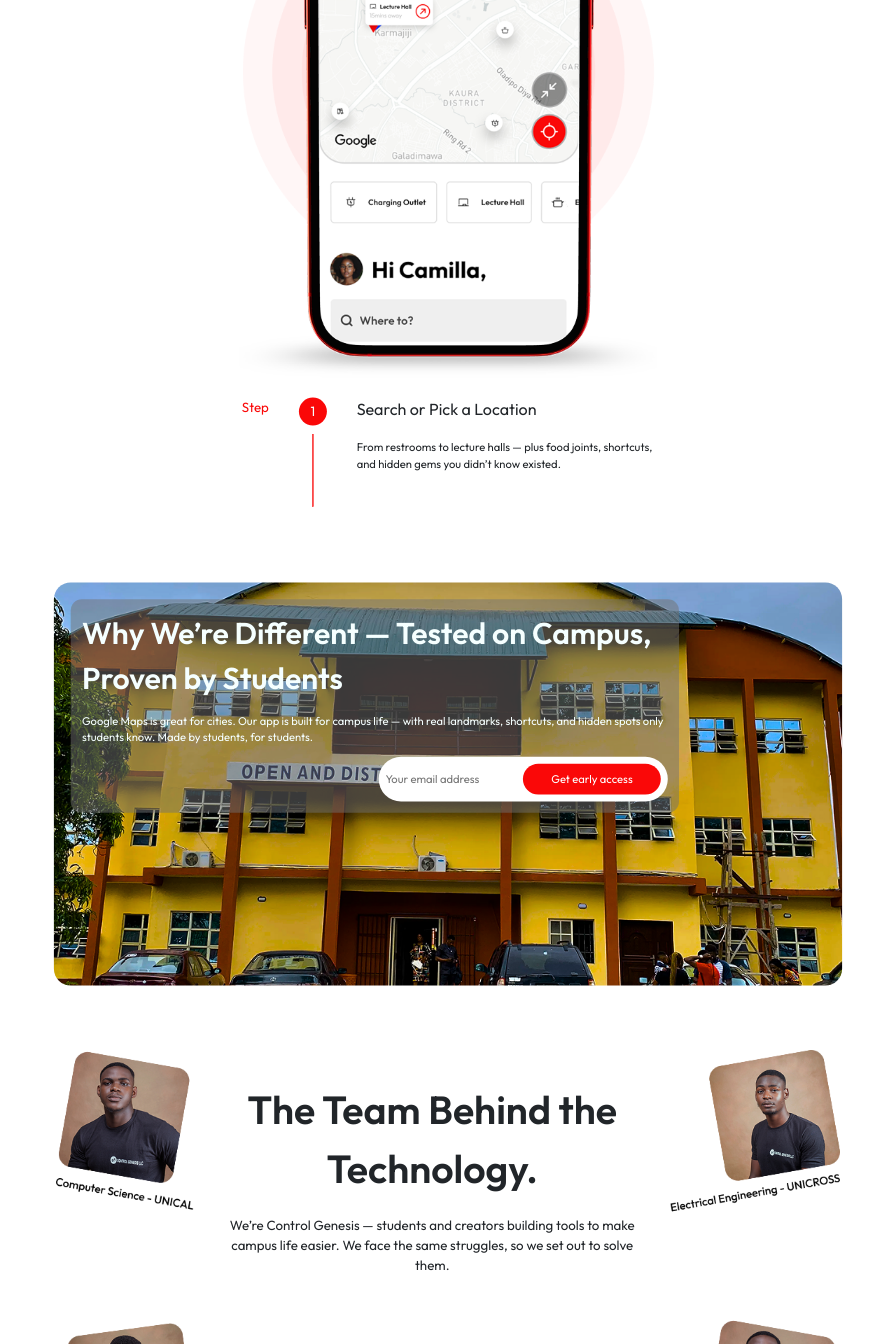
Repository: SahMenz/MUM-website
Page: /
An editor plug-in stored every save of this project. The page is shown before and after the next save, followed by the edit.
The browser window is 1280 px wide. The pictures show the part of the page from y = 4580 to 6500 px (the page is 7964 px tall before and 7914 px after), at 70% of full size.
The project was rebuilt for these pictures with package versions that can differ from the ones it lists, and the page was loaded fresh each time. Also part of the build but not shown: vite.config.js.

Above is the page before, as saved 2025-09-03 01:16:14.

### index.html
<!DOCTYPE html>
<html lang="en">
  <head>
    <meta charset="UTF-8" />
    <link rel="icon" type="image/svg+xml" href="/vite.svg" />
    <link rel="preconnect" href="https://fonts.googleapis.com" />
    <link rel="preconnect" href="https://fonts.gstatic.com" crossorigin />
    <link
      href="https://fonts.googleapis.com/css2?family=Outfit:wght@100..900&display=swap"
      rel="stylesheet"
    />
    <link
      rel="stylesheet"
      href="https://cdn.jsdelivr.net/npm/bootstrap@5.3.5/dist/css/bootstrap.min.css"
      integrity="sha384-SgOJa3DmI69IUzQ2PVdRZhwQ+dy64/BUtbMJw1MZ8t5HZApcHrRKUc4W0kG879m7"
      crossorigin="anonymous"
    />
    <meta name="viewport" content="width=device-width, initial-scale=1.0" />
    <title>MUM</title>
  </head>
  <body>
    <div id="root"></div>
    <script type="module" src="/src/main.jsx"></script>
  </body>
</html>

### src/index.css
*,
*::after,
*::before {
  box-sizing: border-box;
  margin: 0px;
  padding: 0px;
  font-family: "Outfit", sans-serif;
}
button {
  border: none;
}

### src/App.jsx
import { HashRouter, Route, Routes } from "react-router-dom";
import "./App.css";
import ScrollToTop from "./components/scroll/ScrollToTop";
import Home from "./components/home/home";

function App() {
  return (
    <div>
      <HashRouter>
        <ScrollToTop />
        <Routes>
          <Route path="/" element={<Home />} />
        </Routes>
      </HashRouter>
    </div>
  );
}

export default App;

### src/App.css
/* BACKGROUND */
.bg-ff4 {
  background-color: #fff4f4;
}
.bg-ff {
  background-color: #ffffff;
}
.bg-ffb {
  background-color: #fffbfbcc;
}
.bg-00 {
  background-color: #000000;
}
.bg-fa {
  background-color: #fa0808;
}
.bg-e4 {
  background-color: #e4e4e4;
}
.bg-d3 {
  background-color: #d3d3d3;
}
.bg-ffd {
  background-color: #ffdede;
}
.bg-trans {
  background-color: transparent;
}

/* TEXT COLOR */
.txt-00 {
  color: #000000;
}
.txt-ff {
  color: #ffffff;
}
.txt-fa {
  color: #fa0808;
}
.txt-f8 {
  color: #f8edd9;
}
.txt-f5 {
  color: #f5ffff;
}
.txt-14 {
  color: #141416;
}
.txt-73 {
  color: #737373;
}

/* FONT WEIGHT */
.fw-100 {
  font-weight: 100;
}
.fw-200 {
  font-weight: 200;
}
.fw-300 {
  font-weight: 300;
}
.fw-400 {
  font-weight: 400;
}
.fw-500 {
  font: weight 500;
}
.fw-600 {
  font-weight: 600;
}
.fw-700 {
  font-weight: 700;
}
.fw-800 {
  font-weight: 800;
}
.fw-900 {
  font-weight: 900;
}

/* FONT SIZE */
.fs-48 {
  font-size: 26px;
}
.fs-19 {
  font-size: 14px;
}
.fs-13 {
  font-size: 11px;
}
.fs-16 {
  font-size: 12px;
}
.fs-23 {
  font-size: 15px;
}
.fs-25 {
  font-size: 20px;
}
.fs-45 {
  font-size: 25px;
}
.fs-32 {
  font-size: 13px;
}
.fs-11 {
  font-size: 11px;
}
.fs-72 {
  font-size: 29px;
}
.fs-83 {
  font-size: 31px;
}
.fs-56 {
  font-size: 21px;
}
.fs-63 {
  font-size: 25px;
}
@media (min-width: 768px) {
  .fs-48 {
    font-size: 48px;
  }
  .fs-19 {
    font-size: 19px;
  }
  .fs-13 {
    font-size: 13px;
  }
  .fs-16 {
    font-size: 16px;
  }
  .fs-23 {
    font-size: 23px;
  }
  .fs-25 {
    font-size: 25px;
  }
  .fs-43 {
    font-size: 43px;
  }
  .fs-32 {
    font-size: 32px;
  }
  .fs-11 {
    font-size: 11px;
  }
  .fs-72 {
    font-size: 72px;
  }
  .fs-63 {
    font-size: 63px;
  }
  .fs-83 {
    font-size: 83px;
  }
  .fs-56 {
    font-size: 56px;
  }
}

/* EXTRA */

.alignSelfCenter {
  align-self: center;
}
.alignSelfStart {
  align-self: start;
}
.alignSelfEnd {
  align-self: end;
}
.spacing-50 {
  padding: 30px 77px;
}
.cursor {
  cursor: pointer;
}
@media (max-width: 768px) {
  .spacing-50 {
    padding: 25px 20px;
  }
}

### src/components/scroll/ScrollToTop.jsx
import { useEffect } from "react";
import { useLocation } from "react-router-dom";


export default function ScrollToTop({ evtToChange }){

    const pathname = useLocation().pathname

    useEffect(() => {
        window.scrollTo(0, 0)
    }, [pathname, evtToChange])

    return <div />
}

### src/components/home/home.jsx
import { useRef } from "react";
import About from "../about/about";
import Hero from "../hero/hero";
import Features from "../features/features";
import HowItWorks from "../howItWorks/howItWorks";
import Faqs from "../faqs/faqs";
import Navigation from "../navigation/navigation";
import Footer from "../footer/footer";
import Team from "../team/team";

function Home() {
  const refHome = useRef(null);
  const refAbout = useRef(null);
  const refFeatures = useRef(null);
  const refHowItWork = useRef(null);
  const refFaqs = useRef(null);

  const handleHomeClick = () => {
    if (refHome.current) {
      refHome.current.scrollIntoView();
    }
  };
  const handleAboutClick = () => {
    if (refAbout.current) {
      refAbout.current.scrollIntoView();
    }
  };
  const handleFeaturesClick = () => {
    if (refFeatures.current) {
      refFeatures.current.scrollIntoView();
    }
  };
  const handleHowItWorkClick = () => {
    if (refHowItWork.current) {
      refHowItWork.current.scrollIntoView();
    }
  };
  const handleFaqsClick = () => {
    if (refFaqs.current) {
      refFaqs.current.scrollIntoView();
    }
  };

  return (
    <div className="">
      <Navigation
        onHomeClick={handleHomeClick}
        onAboutClick={handleAboutClick}
        onFeaturesClick={handleFeaturesClick}
        onHowItWorkClick={handleHowItWorkClick}
        onFaqsClick={handleFaqsClick}
      />
      <div ref={refHome}>
        <Hero />
      </div>
      <div ref={refAbout}>
        <About />
      </div>
      <div ref={refFeatures}>
        <Features />
      </div>
      <div ref={refHowItWork}>
        <HowItWorks />
      </div>
      <div>
        <Team />
      </div>
      <div ref={refFaqs}>
        <Faqs />
      </div>
      <div>
        <Footer />
      </div>
    </div>
  );
}

export default Home;

### src/components/about/about.jsx
import forFreshers from "../../assets/images/forFreshers.png";
import forReturningStudent from "../../assets/images/forReturningStudent.png";
import forVisitors from "../../assets/images/forVisitors.png";
import yourCampus from "../../assets/images/yourCampus.png";

function About() {
  return (
    <div className="spacing-50 mt-4 d-flex flex-column align-items-center">
      <div className="text-center" style={{ maxWidth: "569px" }}>
        <div className="fs-32 fw-600">We Know the Struggle</div>
        <div className="fs-16 fw-400">
          Not knowing where an office, lecture hall, or restroom is can be
          frustrating — from losing the best seats in class to trekking across
          campus just to find the one restroom you know.
        </div>
      </div>
      <div className="d-flex gap-3 gap-lg-5 mt-5">
        <div>
          <img src={forFreshers} style={{ width: "100%" }} />
        </div>
        <div className="d-flex gap-3 gap-lg-5 flex-column">
          <div>
            <img src={forReturningStudent} style={{ width: "100%" }} />
          </div>
          <div>
            <img src={forVisitors} style={{ width: "100%" }} />
          </div>
        </div>
      </div>
      <div className="d-flex justify-content-between col-10 flex-column flex-lg-row col-lg-12 mt-5 align-items-center gap-4">
        <div><img src={yourCampus} style={{width:"100%", minWidth:"200px"}}/></div>
        <div className="text-start" style={{maxWidth:"520px"}}>
          <div className="fs-32 fw-600">
            Your Campus Mapped Like Never Before
          </div>
          <div className="fs-16 fw-400 my-4">
            We built an app that shows every spot on campus — with real photos,
            directions, and even friend tracking. From classes to offices to
            that suya joint your friend mentioned, you’ll get there without the
            guesswork.
          </div>
          <button
            className="d-flex align-items-center fs-16"
            style={{
              backgroundColor: "#FA0808",
              borderRadius: "40px",
              padding: "13px 18px",
              color: "white",
            }}
          >
            <p className="mb-0 fw-500">Get started for free</p>
          </button>
        </div>
      </div>
    </div>
  );
}

export default About;

### src/components/features/features.jsx
import photoBased from "../../assets/images/photoBased.png";
import builtByStudents from "../../assets/images/builtByStudent.png";
import realTimeDirections from "../../assets/images/realTimeDirections.png";
import hiddenLocation from "../../assets/images/hiddenLocation.png";
import trustedBy from "../../assets/images/trustedBy.png";
import friendPinging from "../../assets/images/friendPinging.png";
function Features() {
  return (
    <div className="d-flex flex-column align-items-center justify-content-center spacing-50">
      <div className="text-center" style={{ maxWidth: "567px" }}>
        <div className="fs-32 fw-600">Key Features & Benefits</div>
        <div className="fs-16 fw-400">
          Built for students, tested on campus, and packed with tools you’ll
          actually use — designed to make campus life easier, smarter, and more
          connected.
        </div>
      </div>

      <div className="d-flex gap-3 flex-column mt-5">
        <div className="d-flex gap-3">
          <div><img src={realTimeDirections} style={{ width: "100%" }} /></div>
          <div className="d-flex flex-column">
            <div><img src={hiddenLocation} style={{ width: "100%" }} /></div>
            <div className="d-flex gap-3">
              <div><img src={trustedBy} style={{ width: "100%" }} /></div>
              <div><img src={friendPinging} style={{ width: "100%" }} /></div>
            </div>
          </div>
        </div>
        <div className="d-flex gap-3">
          <div>
            <img src={photoBased} style={{ width: "100%" }} />
          </div>
          <div>
            <img src={builtByStudents} style={{ width: "100%" }} />
          </div>
        </div>
      </div>
    </div>
  );
}

export default Features;

### src/components/howItWorks/howItWorks.jsx
import mumOnIos from "../../assets/images/mumOnIos.png";

function HowItWorks() {
  return (
    <div className="spacing-50">
      <div className="text-center my-4">
        <div className="fs-32 fw-600">How It Works</div>
        <div className="fs-16 fw-400 mt-3">
          Simple steps to get you started — from download to discovery in
          minutes.
        </div>
      </div>
      <div>
        <div className="d-flex align-items-center justify-content-between flex-column gap-4">
          <div>
            <img src={mumOnIos} style={{ width: "100%", maxWidth: "600px" }} />
          </div>
          <div style={{maxWidth:"589px", width:"100%"}}>
            <div className="gap-4 w-100 d-flex justify-content-between">
              <div className="fs-19 fw-400 txt-fa">Step</div>
              <div className="d-flex flex-column align-items-center ">
                <div className="fs-19 fw-400 d-flex align-items-center justify-content-center txt-f5" style={{borderRadius:"100%", width:"40px", height:"40px", backgroundColor:"#FA0808"}}>1</div>
                <div style={{width:"0px", marginTop:"12px" , height:"104px",border:"1px solid #FA0808", linearGradient:"90deg, #FA0808 52.11%, #FFFBFB 100%"}}></div>
              </div>
              <div style={{maxWidth:"425px"}}>
                <div className="fs-23 fw-500">Search or Pick a Location</div>
                <div className="fs-16 fw-400 mt-4">From restrooms to lecture halls — plus food joints, shortcuts, and hidden gems you didn’t know existed.</div>
              </div>
            </div>
            {/* <div></div>
            <div></div>
            <div></div> */}
          </div>
        </div>
        <div></div>
      </div>
    </div>
  );
}

export default HowItWorks;

### src/components/footer/footer.jsx
import { LiaLinkedin } from "react-icons/lia";
import footerLogoWithName from "../../assets/images/footerLogoWithName.png";
import { BsInstagram, BsTwitter } from "react-icons/bs";
import { FaFacebook } from "react-icons/fa";
import companyLogo from "../../assets/images/companyLogoAndName.png";
import "./footer.css";

function Footer({
  onAboutClick,
  onFeaturesClick,
  onHowItWorkClick,
  onFaqsClick,
}) {
  return (
    <div className="mt-5 spacing-50 FooterWavyBackground gap-5  d-flex align-items-center  flex-column bg-fa txt-f5">
      <div className="d-flex col-12 gap-5 justify-content-between flex-column flex-wrap flex-md-row">
        <div className="d-flex gap-4 flex-column" style={{ maxWidth: "329px" }}>
          <div>
            <img src={footerLogoWithName} />
          </div>
          <div className="fs-16 fw-500">
            MyUniMap is a trademark of Control Genesis, dedicated to building
            smart, student-focused tools that make everyday campus life simpler,
            seamless, and stress-free.
          </div>
          <div className="d-flex gap-3">
            <LiaLinkedin size={35} />
            <BsTwitter size={30} />
            <FaFacebook size={30} />
            <BsInstagram size={30} />
          </div>
          <div>© 2025 Control Genesis. All rights reserved.</div>
        </div>
        <div className="d-flex gap-4 flex-column">
          <div className="fs-19 fw-700">Quick links</div>
          <div  className="fs-16 fw-500 cursor">Home</div>
          <div onClick={onAboutClick} className="fs-16 fw-500 cursor">About</div>
          <div onClick={onFeaturesClick} className="fs-16 fw-500 cursor">Features</div>
          <div onClick={onHowItWorkClick} className="fs-16 fw-500 cursor">How it works</div>
          <div onClick={onFaqsClick} className="fs-16 fw-500 cursor">FAQs</div>
        </div>
        <div>
          <div className="d-flex gap-4 flex-column">
            <div className="fs-19 fw-700">Need Help?</div>
            <div className="fs-16 fw-500">Help Center</div>
            <div className="fs-16 fw-500">Report a Problem</div>
            <div className="fs-16 fw-500">Contact Support</div>
          </div>
        </div>
        <div>
          <div className="d-flex gap-4 flex-column">
            <div className="fs-19 fw-700">Legal & Compliance</div>
            <div className="fs-16 fw-500">Terms & Conditions</div>
            <div className="fs-16 fw-500">Privacy Policy</div>
          </div>
        </div>
        <div>
          <div className="d-flex gap-4 flex-column">
            <div className="fs-19 fw-700">FROM</div>
            <a href="https://controlgenesis.com/" style={{textDecoration:"none"}} target="_blank"
                  rel="noopener noreferrer">
              <img src={companyLogo} style={{color:"transparent"}}/>
            </a>
          </div>
        </div>
      </div>
      <div className="fs-19 fw-800">Built by Students, for Students</div>
    </div>
  );
}

export default Footer;

### src/components/team/team.jsx
import { BiSend } from "react-icons/bi";
import img1 from "../../assets/images/img1.png";
import img2 from "../../assets/images/img2.png";
import img3 from "../../assets/images/img3.png";
import img4 from "../../assets/images/img4.png";
import "./team.css";
function Team() {
  return (
    <div className="spacing-50 my-5 ">
      <div className="distance col-12 p-3 p-lg-4">
        <div
          className="txt-f5 d-flex flex-column p-3"
          style={{
            maxWidth: "869px",
            borderRadius: "16px",
            backgroundColor: "rgba(115, 115, 115, 0.5)",
          }}
        >
          <div className="fs-43 fw-600">
            Why We’re Different — Tested on Campus, Proven by Students
          </div>
          <div className="my-3 fs-16 fw-500">
            Google Maps is great for cities. Our app is built for campus life —
            with real landmarks, shortcuts, and hidden spots only students know.
            Made by students, for students.
          </div>
          <div
            className="bg-ff d-flex gap-2"
            style={{
              borderRadius: "60px",
              padding: "10px",
              alignSelf: "end",
              minWidth: "80px",
            }}
          >
            <input
              placeholder="Your email address"
              className="w-75 w-md-25"
              style={{ border: "none", borderRadius: "60px" }}
            />
            <button
              className="bg-fa txt-ff d-none d-md-block col-6"
              style={{ borderRadius: "60px", padding: "10px 20px" }}
            >
              Get early access
            </button>
            <BiSend color="red" size={30} className="d-block d-md-none" />
          </div>
        </div>
      </div>
      <div className="mt-5">
        <div className="d-flex align-items-center gap-5 justify-content-center flex-column flex-lg-row justify-content-lg-between" >
          <img src={img1} />
          <div className="text-center " style={{maxWidth:"661px", minWidth:"300px", top:"40px", position:"relative" }}>
            <div className="fs-56 fw-600 mt-5">The Team Behind the Technology.</div>{" "}
            <div className="fs-19 fw-400 mt-4">
              We’re Control Genesis — students and creators building tools to
              make campus life easier. We face the same struggles, so we set out
              to solve them.
            </div>
          </div>
          <img src={img2} className="mt-4 mt-lg-0"/>
        </div>
        <div className="d-flex mt-5 align-items-center gap-5 justify-content-center flex-column flex-md-row justify-content-md-between"style={{top:"50px", position:"relative"}}>
          <img src={img3} />
          <img src={img4} style={{top:"50px", position:"relative"}}/>
          <img src={img1} />
        </div>
      </div>
    </div>
  );
}

export default Team;

### src/components/hero/hero.css
.spacing-50-adjusted{
    padding: 20px 77px;
}
.wavyBackground{
    background-image: url(../../assets/images/wavyLine.png);
    background-repeat: no-repeat;
    background-size: contain;
    background-position: center;
    width: 100%;
}
@media (max-width: 768px) {
  .spacing-50-adjusted {
    padding: 10px 20px;
  }
}

### src/components/customSvg/CustomSvg.jsx
export default function CustomSvg({ name, color, width, height }) {
  return  name === "plus" ? (
    <svg
      width="22"
      height="23"
      viewBox="0 0 22 23"
      fill="black"
      xmlns="http://www.w3.org/2000/svg"
    >
      <path
        d="M20.4286 13.4381H12.5714V21.2953C12.5714 22.1596 11.8643 22.8667 11 22.8667C10.1357 22.8667 9.42857 22.1596 9.42857 21.2953V13.4381H1.57143C0.707143 13.4381 0 12.731 0 11.8667C0 11.0024 0.707143 10.2953 1.57143 10.2953H9.42857V2.43813C9.42857 1.57384 10.1357 0.866699 11 0.866699C11.8643 0.866699 12.5714 1.57384 12.5714 2.43813V10.2953H20.4286C21.2929 10.2953 22 11.0024 22 11.8667C22 12.731 21.2929 13.4381 20.4286 13.4381Z"
        fill="#000"
      />
    </svg>
  ) : name === "minus" ? (
    <svg
      width="26"
      height="5"
      viewBox="0 0 26 5"
      fill="black"
      xmlns="http://www.w3.org/2000/svg"
    >
      <path
        id="Vector"
        d="M2 2.3667H24"
        stroke="black"
        strokeWidth="4"
        strokeLinecap="round"
        strokeLinejoin="round"
      />
    </svg>
  ) : (
    <></>
  );
}

### src/components/faqs/faq.css
.collapseMargin {
  margin: 20px 80px 0px 80px;
}
@media (max-width: 768px) {
  .collapseMargin {
    margin: 25px 20px;
  }
}

### src/components/footer/footer.css
.FooterWavyBackground{
    background-image: url(../../assets/images/wavyFooter.png);
    background-repeat: no-repeat;
    background-size: contain;
    background-position: center;
    width: 100%;
}

### src/components/team/team.css
.distance {
  background-image: url(../../assets/images/open&Distance.png);
  background-repeat: no-repeat;
  background-size: cover;
  background-position: center;
  width: 100%;
  height: 80vh;
  max-height: 80vh;
  -webkit-border-radius: 24px;
  -moz-border-radius: 24px;
  -ms-border-radius: 24px;
  -o-border-radius: 24px;
  border-radius: 24px;
}

Loaded but not shown: src/main.jsx (common file); src/components/navigation/navigation.jsx (237 lines, source omitted); src/components/faqs/faqs.jsx (153 lines, source omitted); src/components/hero/hero.jsx (102 lines, source omitted)

After the next save:
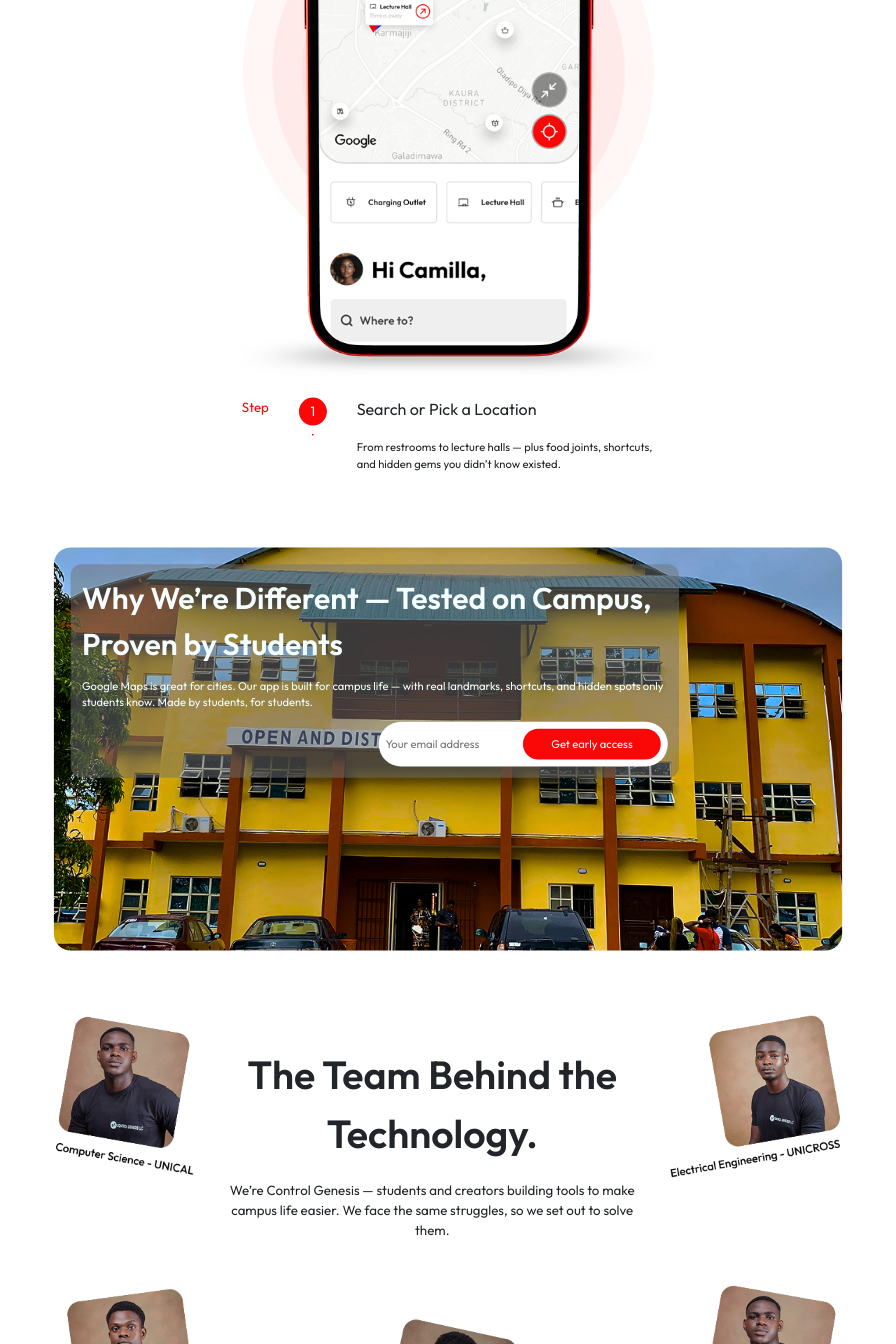
Saved 19 s later.
--- a/src/components/howItWorks/howItWorks.jsx
+++ b/src/components/howItWorks/howItWorks.jsx
@@ -20,7 +20,7 @@
               <div className="fs-19 fw-400 txt-fa">Step</div>
               <div className="d-flex flex-column align-items-center ">
                 <div className="fs-19 fw-400 d-flex align-items-center justify-content-center txt-f5" style={{borderRadius:"100%", width:"40px", height:"40px", backgroundColor:"#FA0808"}}>1</div>
-                <div style={{width:"0px", marginTop:"12px" , height:"104px",border:"1px solid #FA0808", linearGradient:"90deg, #FA0808 52.11%, #FFFBFB 100%"}}></div>
+                <div style={{width:"0px", marginTop:"12px" , height:"90",border:"1px solid #FA0808", linearGradient:"90deg, #FA0808 52.11%, #FFFBFB 100%"}}></div>
               </div>
               <div style={{maxWidth:"425px"}}>
                 <div className="fs-23 fw-500">Search or Pick a Location</div>
